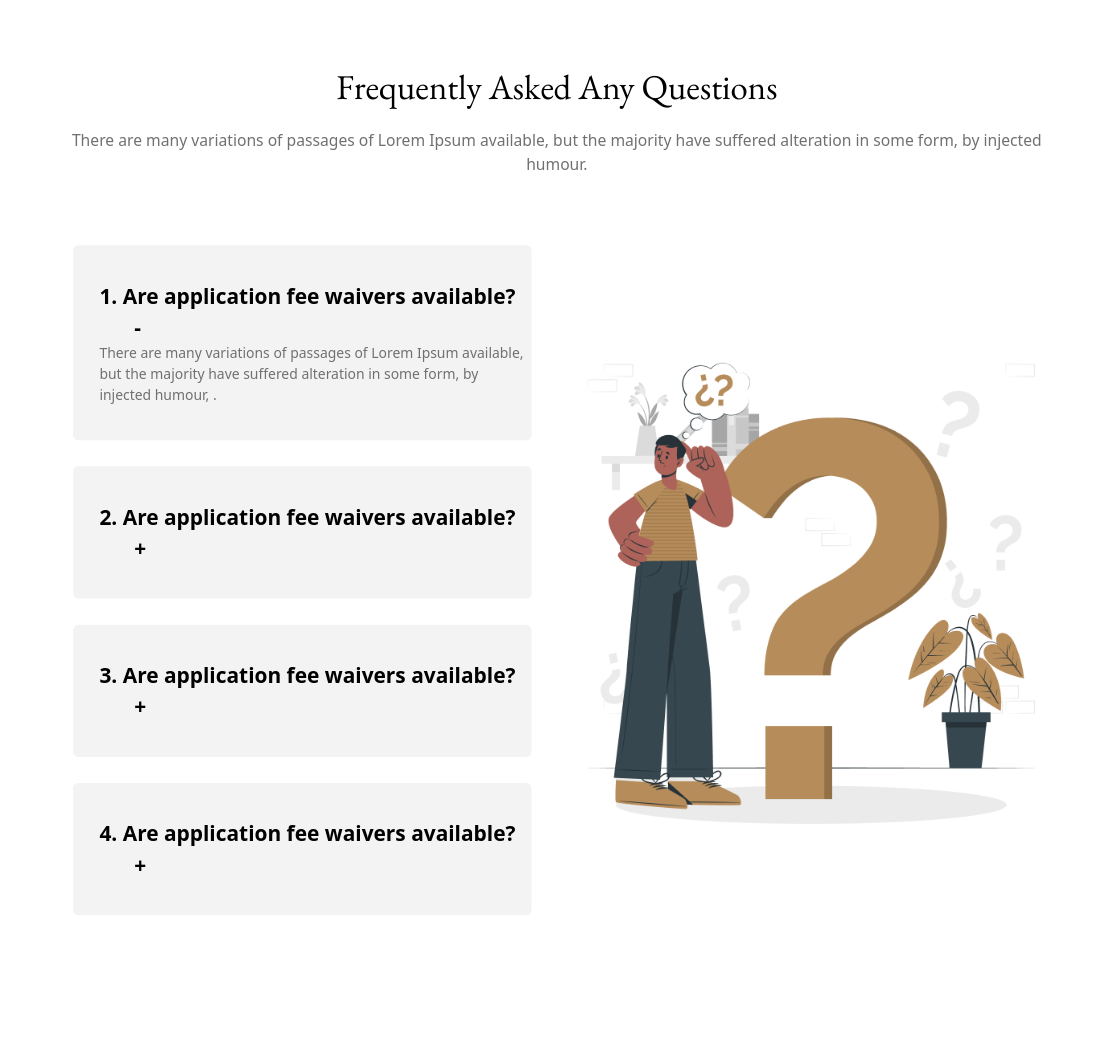
Repository: nahid-hasann/website-6
Page: index.html
These files come from the project's save history. The page is drawn as it stood at one moment and after the next save; the edit follows.
The browser window is 1280 px wide. The pictures show the whole page, at 87% of full size.

Above is the page before, as saved 2025-07-21 16:05:10.

### index.html
<!DOCTYPE html>
<html lang="en">
<head>
    <meta charset="UTF-8">
    <meta name="viewport" content="width=device-width, initial-scale=1.0">
    <script src="https://cdn.jsdelivr.net/npm/@tailwindcss/browser@4"></script>
    <title>Document</title>
    <link rel="stylesheet" href="style.css">
    <link rel="stylesheet" href="https://cdnjs.cloudflare.com/ajax/libs/font-awesome/6.7.2/css/all.min.css" integrity="sha512-Evv84Mr4kqVGRNSgIGL/F/aIDqQb7xQ2vcrdIwxfjThSH8CSR7PBEakCr51Ck+w+/U6swU2Im1vVX0SVk9ABhg==" crossorigin="anonymous" referrerpolicy="no-referrer" />
</head>
<body>

<header class="hidden">

<div class="flex mx-auto w-[1170px]  justify-between items-center my-[30px] ">
    <div>
        <img src="images/logo2.png" alt="">
    </div>
    <div>
        <ul class="flex gap-[20px] text-[#707070]">
            <li><a href="">Home</a></li>
            <li><a href="">Service<i class="fa-solid fa-angle-right ml-[10px]"></i></a></li>
            <li><a href="">Cases<i class="fa-solid fa-angle-right ml-[10px]"></i></a></li>
            <li><a href="">Blog<i class="fa-solid fa-angle-right ml-[10px]"></i></a></li>
            <li><a href="">Contact us<i class="fa-solid fa-angle-right ml-[10px]"></i></a></li>
        </ul>
    </div>
    <div>
        <button class="bg-[#b68c59] py-[12px] px-[22px] text-white rounded-md" >Free Consultation</button>
    </div>
</div>


<div class="banner-img w-[1170px] h-[550px] mx-auto  flex flex-col items-center justify-center mt-[60px] mb-[130px]">
      <div class="banner-content w-[692px]">
         <h1 class="text-[72px] text-center text-white leading-none">We Provide Effective  Legal Solutions</h1>
       <p class="my-[30px] text-center  text-[#E7E7E7]">There are many variations of passages of Lorem Ipsum available, but the majority have suffered alteration in some form, by injected humour.</p>
       <div class="flex justify-center gap-[40px]">
        <input class="bg-white py-[12px] px-[30px] pr-[70px] w-[500px] rounded-md" type="text" name="" placeholder="Search your services" id="">
        <button class="bg-[#b68c59] py-[12px] px-[22px] text-white rounded-md" >Search</button>
       </div>
      </div>
</div>


</header>


<main>
    <section class="card-section xl:w-[1170px] mx-auto lg:mb-[130px] hidden">
        <div class="card-content">
            <h1 class="eb-garamond-ok text-[40px] text-center ">The Legal Practice Area</h1>
            <p class="text-center text-[#707070] my-[20px]">There are many variations of passages of Lorem Ipsum available, but the majority have <br> suffered alteration in some form, by injected humour.</p>
        </div>

        <div class="card-div mt-[100px] grid grid-cols-3">
            <div class="card py-[70px]  border-r border-[#E7E7E7]  border-b  flex flex-col items-center justify-center text-center">
                  <img src="images/business.png" alt="">
                  <h1 class="text-[32px] my-[15px]">Business Law</h1>
                  <p class="text-[#707070] w-[258px] mb-[15px]">There are many variations of passages of Lorem Ipsum available, but the majority have suffered alteration in some form, by injected humour.</p>
                  <img src="images/Frame.png" alt="">
            </div>

             <div class="card bg-[linear-gradient(to_bottom,_#f3f3f3,_#ffffff)]   py-[70px] border-[#E7E7E7] border-r border-b flex flex-col items-center justify-center text-center">
                  <img src="images/criminal.png" alt="">
                  <h1 class="text-[32px] my-[15px]">Criminal Law</h1>
                  <p class="text-[#707070] w-[258px] mb-[15px]">There are many variations of passages of Lorem Ipsum available, but the majority have suffered alteration in some form, by injected humour.</p>
                  <img src="images/Frame.png" alt="">
            </div>

             <div class="card  py-[70px] border-[#E7E7E7] border-b flex flex-col items-center justify-center text-center">
                  <img src="images/child.png" alt="">
                  <h1 class="text-[32px] my-[15px]">Child Support</h1>
                  <p class="text-[#707070] w-[258px] mb-[15px]">There are many variations of passages of Lorem Ipsum available, but the majority have suffered alteration in some form, by injected humour.</p>
                  <img src="images/Frame.png" alt="">
            </div>

             <div class="card border-r border-[#E7E7E7]  py-[70px] flex flex-col items-center justify-center text-center">
                  <img src="images/education.png" alt="">
                  <h1 class="text-[32px] my-[15px]">Education Law</h1>
                  <p class="text-[#707070] w-[258px] mb-[15px]">There are many variations of passages of Lorem Ipsum available, but the majority have suffered alteration in some form, by injected humour.</p>
                  <img src="images/Frame.png" alt="">
            </div>

             <div class="card border-r border-[#E7E7E7]  py-[70px] flex flex-col items-center justify-center text-center">
                  <img src="images/divorce.png" alt="">
                  <h1 class="text-[32px] my-[15px]">Divorce Law</h1>
                  <p class="text-[#707070] w-[258px] mb-[15px]">There are many variations of passages of Lorem Ipsum available, but the majority have suffered alteration in some form, by injected humour.</p>
                  <img src="images/Frame.png" alt="">
            </div>

             <div class="card  py-[70px] flex flex-col items-center justify-center text-center">
                  <img src="images/tax.png" alt="">
                  <h1 class="text-[32px] my-[15px]">Tax Law</h1>
                  <p class="text-[#707070] w-[258px] mb-[15px]">There are many variations of passages of Lorem Ipsum available, but the majority have suffered alteration in some form, by injected humour.</p>
                  <img src="images/Frame.png" alt="">
            </div>
        </div>
    </section>

    <section class="question-section lg:mb-[130px] xl:w-[1170px] sm:my-[70px] mx-auto">
         <h1 class="eb-garamond-ok xl:text-[40px] lg:text-[30px] sm:text-[25px] text-center">Frequently Asked Any Questions</h1>
         <p class="xl:text-[18px] text-center text-[#707070] mt-[18px] sm:text-[13px] sm:px-[20px] mb-[40px]">There are many variations of passages of Lorem Ipsum available, but the majority have suffered alteration in some form, by injected humour.</p>

         <div class="ques-img lg:flex lg:justify-around lg:items-center lg:mt-[80px] ">
             <div class="lg:w-[45%]">
                 <div class=" bg-[#f3f3f3] pl-[30px] py-[40px] rounded-md mb-[30px]">
                    <h1 class="lg:text-[18px] xl:text-[24px] font-extrabold">1. Are application fee waivers available? <span class="ml-[40px]">-</span> </h1>
                    <p class="text-[#707070] lg:text-[16px]">There are many variations of passages of Lorem Ipsum available, but the majority have suffered alteration in some form, by injected humour, . </p>
                 </div>
                 <div class=" bg-[#f3f3f3] pl-[30px] py-[40px] rounded-md mb-[30px]">
                    <h1 class="lg:text-[18px] xl:text-[24px] font-extrabold">2. Are application fee waivers available? <span class="ml-[40px]">+</span> </h1>
                 </div>
                 <div class=" bg-[#f3f3f3] pl-[30px] py-[40px] rounded-md mb-[30px]">
                    <h1 class="lg:text-[18px] xl:text-[24px] font-extrabold">3. Are application fee waivers available? <span class="ml-[40px]">+</span> </h1>
                 </div>
                 <div class=" bg-[#f3f3f3] pl-[30px] py-[40px] rounded-md mb-[30px]">
                    <h1 class="lg:text-[18px] xl:text-[24px] font-extrabold">4. Are application fee waivers available? <span class="ml-[40px]">+</span> </h1>
                 </div>
             </div>
             <div class="lg:w-[45%]">
                <img src="images/faq.png" alt="" class="max-w-full">
             </div>
         </div>
    </section>
</main>





</body>
</html>

### style.css
@import url('https://fonts.googleapis.com/css2?family=EB+Garamond:ital,wght@0,400..800;1,400..800&display=swap');


.eb-garamond-ok {
  font-family: "EB Garamond", serif;
  font-optical-sizing: auto;
  font-style: normal;
}


.banner-img{
    background-image: linear-gradient(rgba(0, 0, 0, 0.5), rgba(0, 0, 0, 0.5)), url('images/banner.png');
}

After the next save:
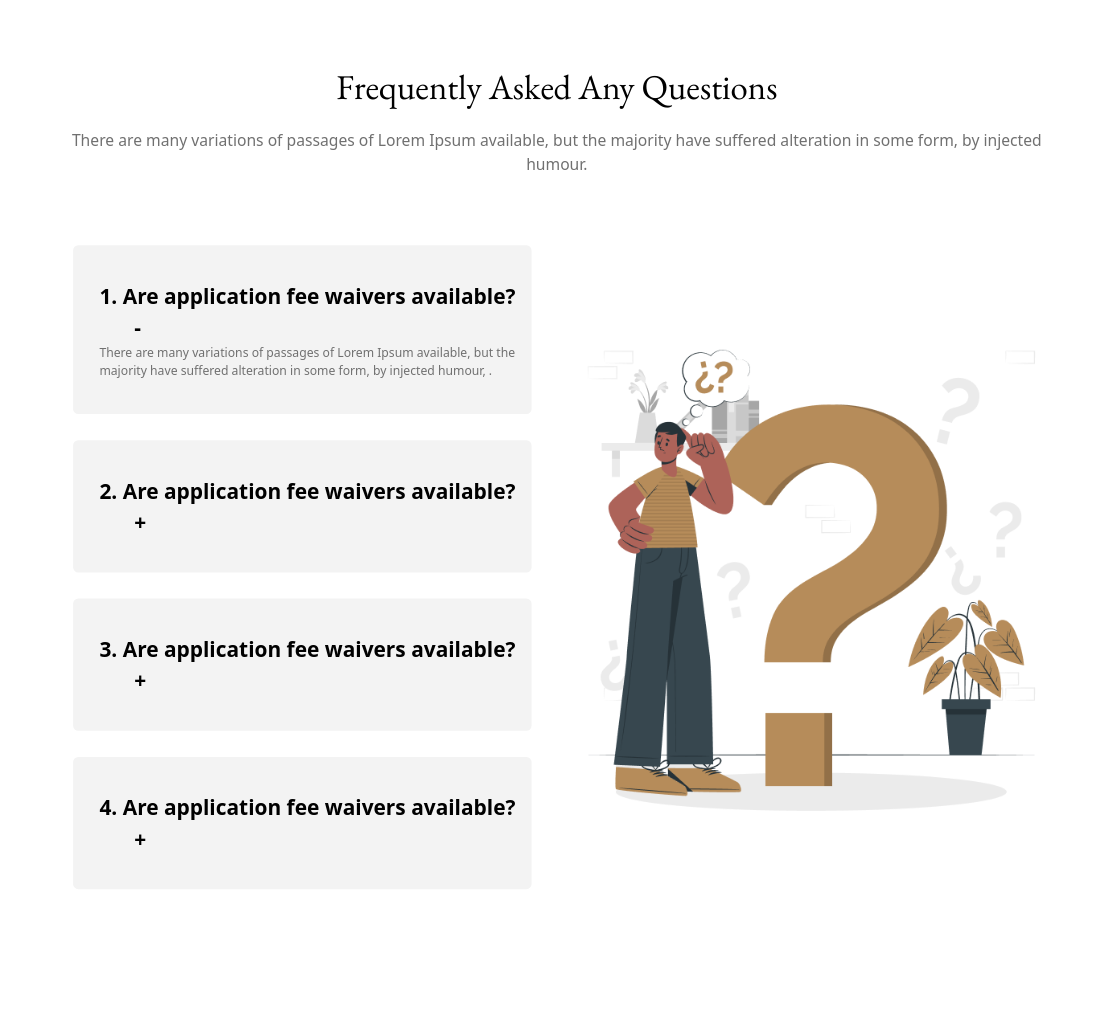
Saved 8 s later.
--- a/index.html
+++ b/index.html
@@ -106,7 +106,7 @@
              <div class="lg:w-[45%]">
                  <div class=" bg-[#f3f3f3] pl-[30px] py-[40px] rounded-md mb-[30px]">
                     <h1 class="lg:text-[18px] xl:text-[24px] font-extrabold">1. Are application fee waivers available? <span class="ml-[40px]">-</span> </h1>
-                    <p class="text-[#707070] lg:text-[16px]">There are many variations of passages of Lorem Ipsum available, but the majority have suffered alteration in some form, by injected humour, . </p>
+                    <p class="text-[#707070] lg:text-[14px]">There are many variations of passages of Lorem Ipsum available, but the majority have suffered alteration in some form, by injected humour, . </p>
                  </div>
                  <div class=" bg-[#f3f3f3] pl-[30px] py-[40px] rounded-md mb-[30px]">
                     <h1 class="lg:text-[18px] xl:text-[24px] font-extrabold">2. Are application fee waivers available? <span class="ml-[40px]">+</span> </h1>
